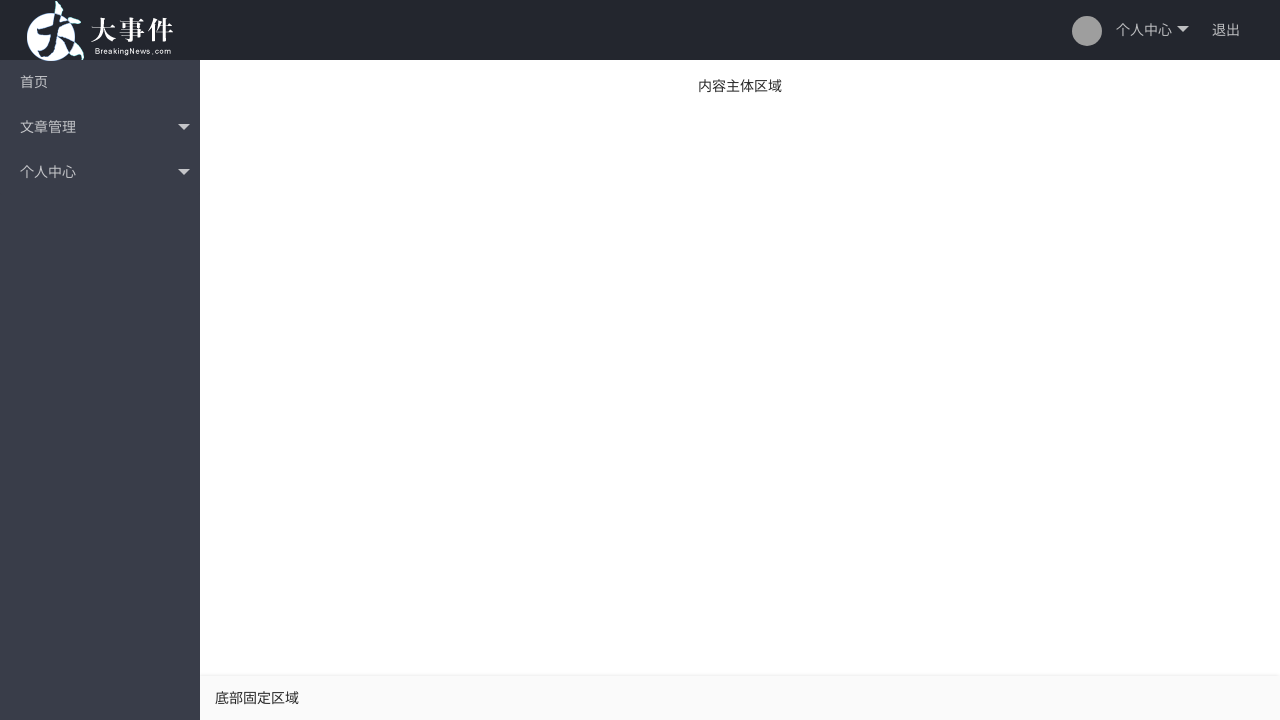
Repository: 1zhoukexin/web_aad
Page: index.html
An editor plug-in stored every save of this project. The page is shown before and after the next save, followed by the edit.
The browser window is 1280 px wide. The pictures show the whole page.
Pictures or frames that could not be fetched are drawn as grey boxes.

Above is the page before, as saved 2021-04-16 19:51:06.

After the next save:
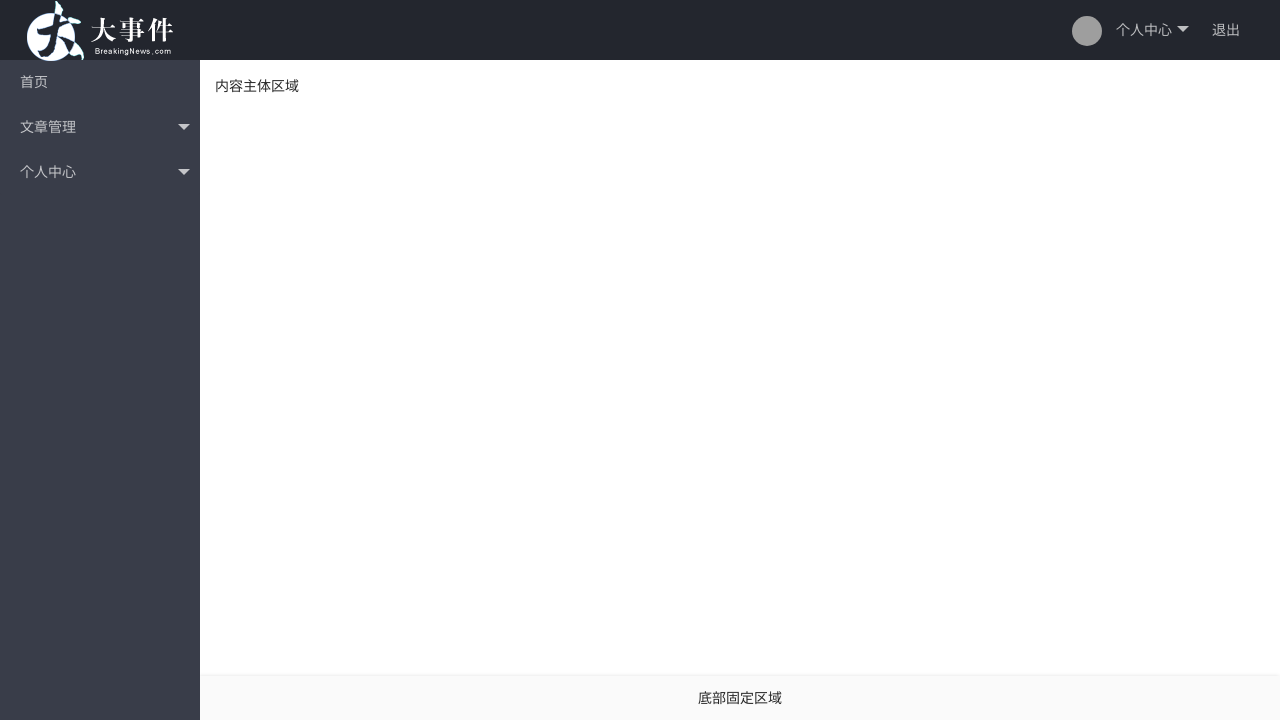
Saved 29 s later.
--- a/assets/css/index.css
+++ b/assets/css/index.css
@@ -1,3 +1,3 @@
-.layui-body {
+.layui-footer {
     text-align: center;
 }
